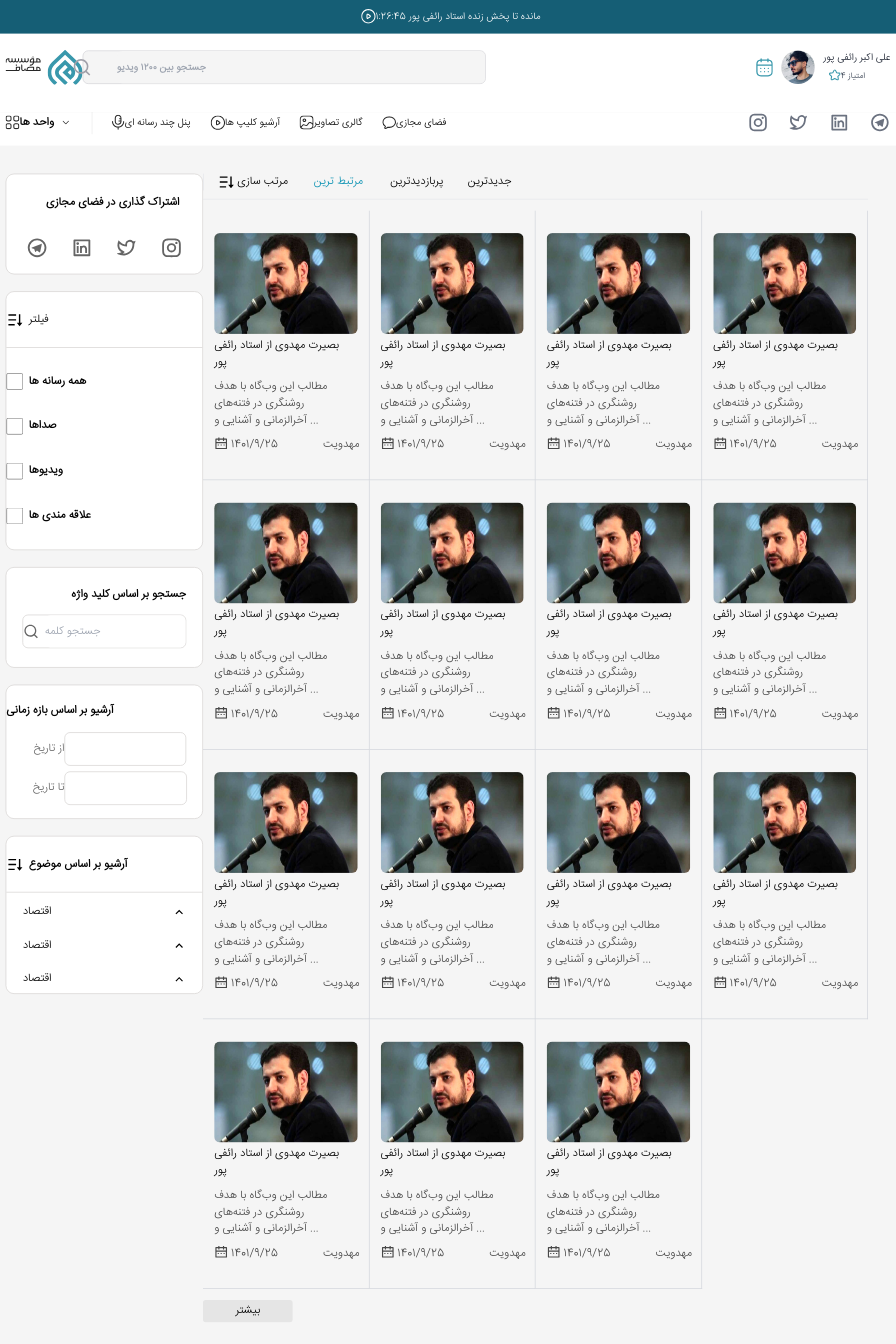
Repository: homan-tehrani/uiUserNative
Page: /multimedia
An editor plug-in stored every save of this project. The page is shown before and after the next save, followed by the edit.
The browser window is 1280 px wide. The pictures show the part of the page from y = 0 to 1920 px (the page is 3029 px tall), at 70% of full size.
The project was rebuilt for these pictures with package versions that can differ from the ones it lists, and the page was loaded fresh each time. The framework's server and built-in components were replaced by stand-ins that run in the browser. Also part of the build but not shown: next.config.js, src/components/MenuForUnits.js, src/components/AccordionForUnits.js, src/components/MenuResponsive.js.

Above is the page before, as saved 2023-04-25 02:23:35.

After the next save:
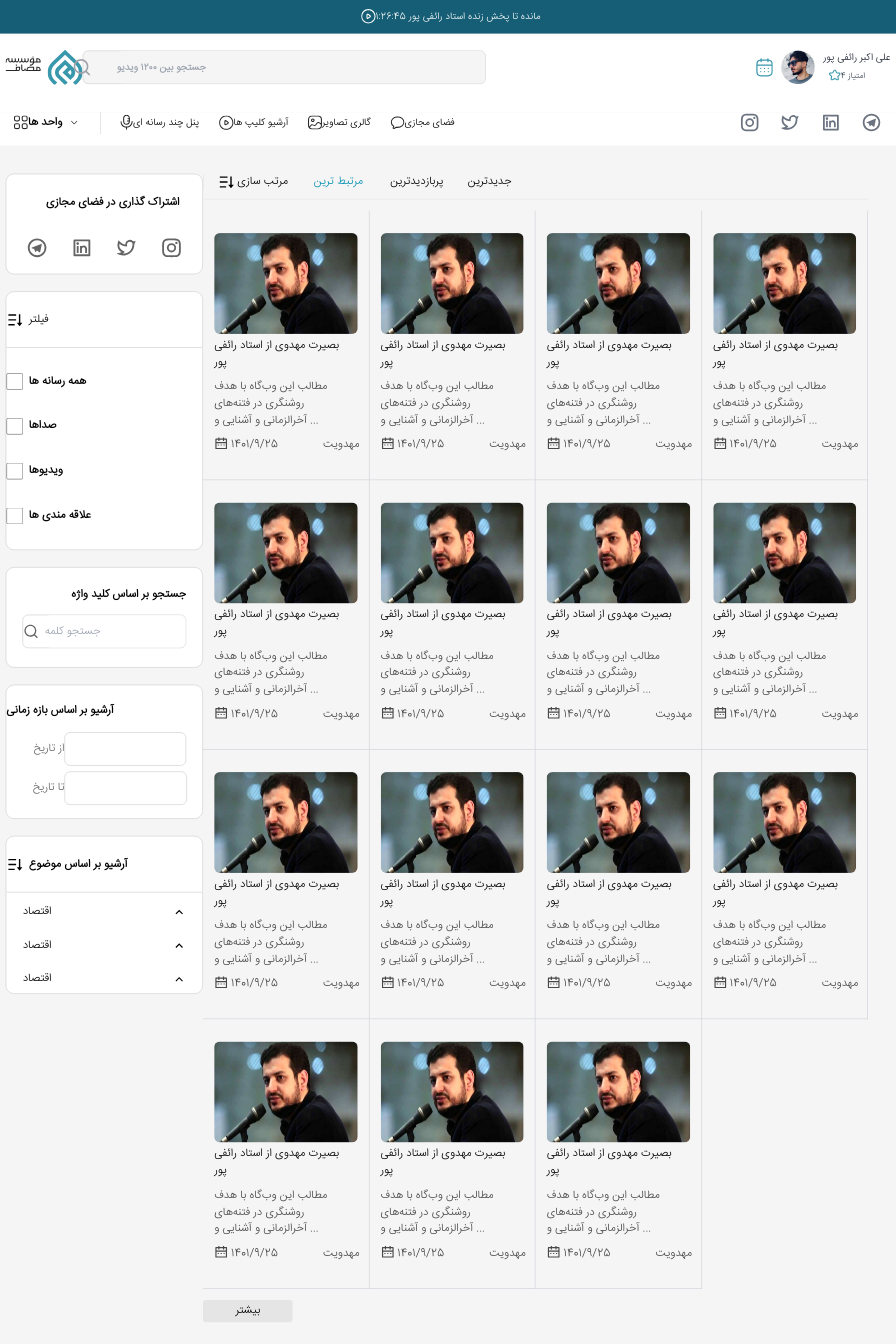
Saved 27 s later.
--- a/src/components/NavBar.js
+++ b/src/components/NavBar.js
@@ -9,7 +9,7 @@ export default function Navbar() {
   return (
     <>
 
-      <div className="hidden lg:flex container px-2 h-8 mx-auto  flex-row-reverse justify-between items center   ">
+      <div className="hidden lg:flex container px-2 h-8 mx-auto  flex-row-reverse justify-between items center  px-5 ">
         <ul className="flex gap-7">
           <li>
             <Link href="#" className="text-gray-500">
